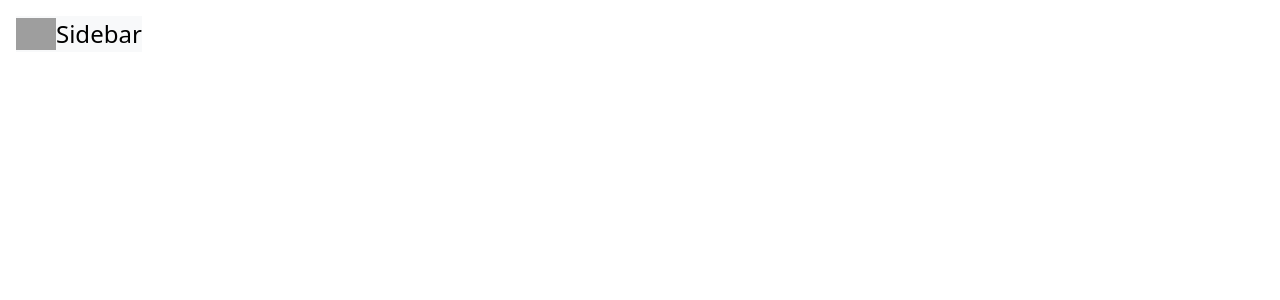
Repository: ahmad-dev7/TrendWear
Page: / (app in trend_wear_dashboard/)
An editor plug-in stored every save of this project. The page is shown before and after the next save, followed by the edit.
The browser window is 1280 px wide. The pictures show the whole page.
Pictures or frames that could not be fetched are drawn as grey boxes. The project was rebuilt for these pictures with package versions that can differ from the ones it lists, and the page was loaded fresh each time. Also part of the build but not shown: trend_wear_dashboard/vite.config.ts.

Above is the page before, as saved 2025-01-19 12:59:03.

### trend_wear_dashboard/index.html
<!doctype html>
<html lang="en">

<head>
  <meta charset="UTF-8" />
  <link rel="icon" type="image/svg+xml" href="/vite.svg" />
  <meta name="viewport" content="width=device-width, initial-scale=1.0" />
  <title>Trend Wear</title>
</head>

<body>
  <div id="root"></div>
  <script type="module" src="/src/main.tsx"></script>
</body>

</html>

### trend_wear_dashboard/src/App.tsx
import Sidebar from "./Sections/Sidebar";

function App() {
  return (
    <>
      <Sidebar />
    </>
  );
}

export default App;

### trend_wear_dashboard/src/Sections/Sidebar.tsx
const Sidebar = () => {
  return (
    <div
      className="d-flex flex-column flex-shrink-0 p-3 text-white"
      style={{ width: 280 }}
    >
      <a
        href="/"
        className="d-flex align-items-center mb-3 mb-md-0 me-md-auto text-black text-decoration-none bg-light"
      >
        <img src="/public/vite.svg" alt="Logo" height={32} width={40} />
        <span className="fs-4" color="black">
          Sidebar
        </span>
      </a>
      <hr />
      <ul className="nav nav-pills flex-column mb-auto">
        <li className="nav-item">Dashboard</li>
        <li></li>
        <li></li>
        <li></li>
      </ul>
    </div>
  );
};

export default Sidebar;

Loaded but not shown: trend_wear_dashboard/src/main.tsx (common file)

After the next save:
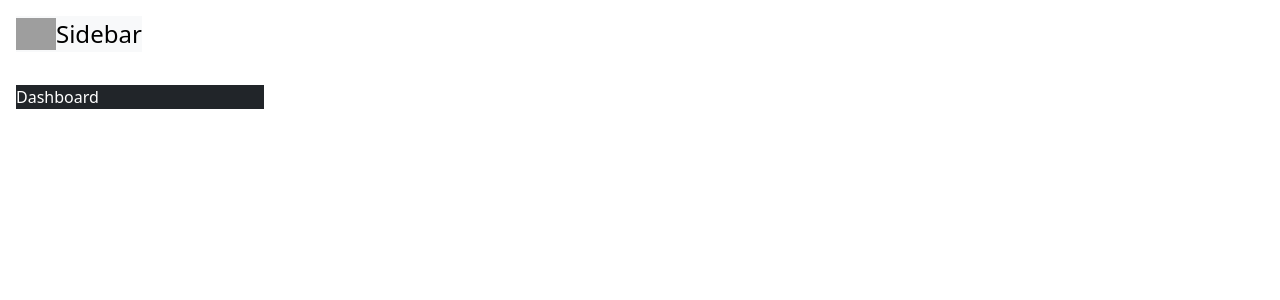
Saved 10 s later.
--- a/trend_wear_dashboard/src/Sections/Sidebar.tsx
+++ b/trend_wear_dashboard/src/Sections/Sidebar.tsx
@@ -15,7 +15,7 @@ const Sidebar = () => {
       </a>
       <hr />
       <ul className="nav nav-pills flex-column mb-auto">
-        <li className="nav-item">Dashboard</li>
+        <li className="nav-item bg-dark">Dashboard</li>
         <li></li>
         <li></li>
         <li></li>
